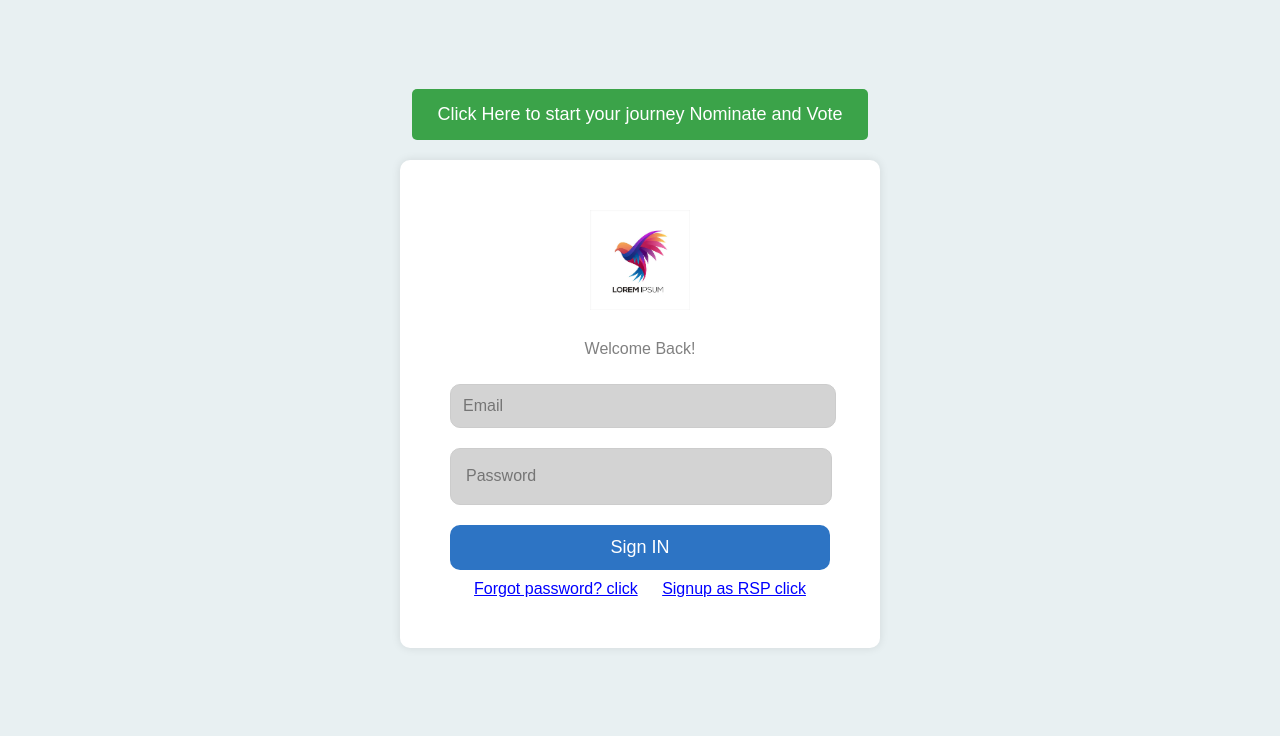
Repository: Femi007-gh/welcome
Page: index.html
The author's editor kept a copy of each file at every save. The page is drawn from the files as they stood at one save, then again after the next save.
The browser window is 1280 px wide. The pictures show the whole page.
Some web libraries are served in a nearby version.

Above is the page before, as saved 2025-03-10 18:18:19.

After the next save:
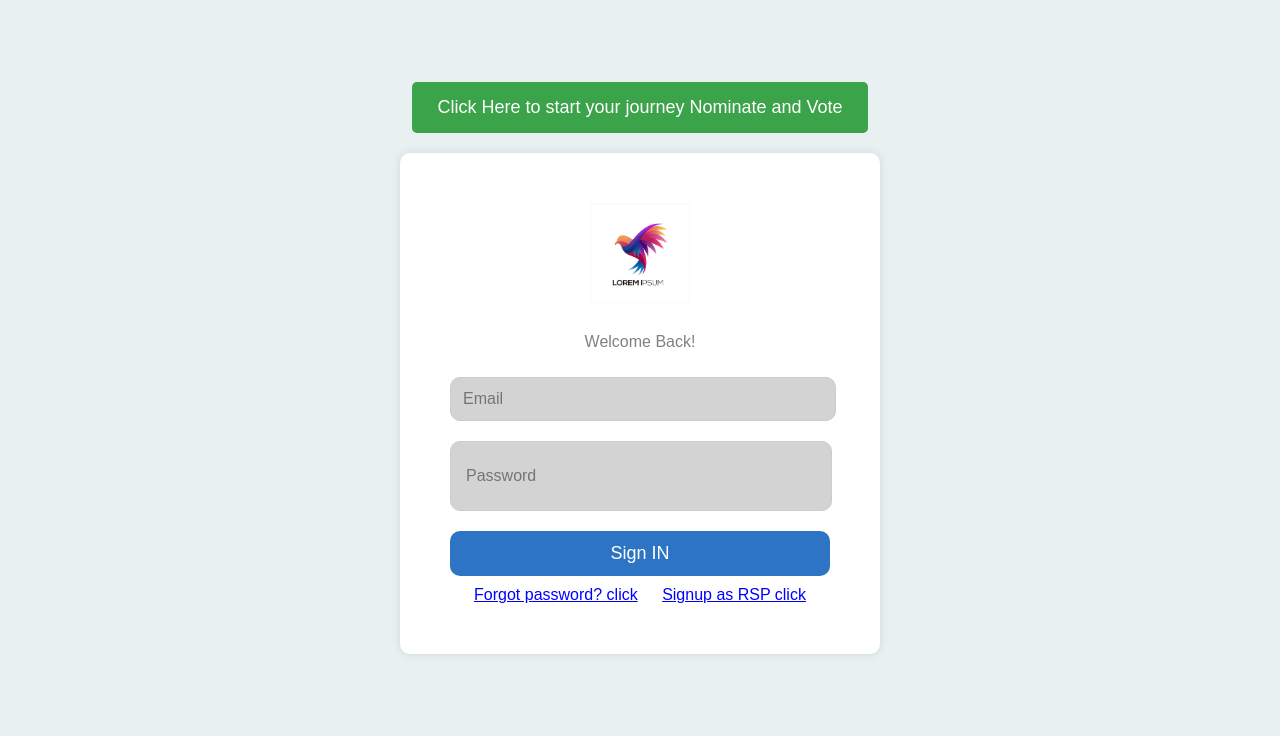
Saved 8 s later.
--- a/index.html
+++ b/index.html
@@ -96,7 +96,7 @@
             text-decoration: underline;
         }
         .fit {
-          height: 5px;
+          height: px;
         }
     </style>
 </head>

After the save that followed:
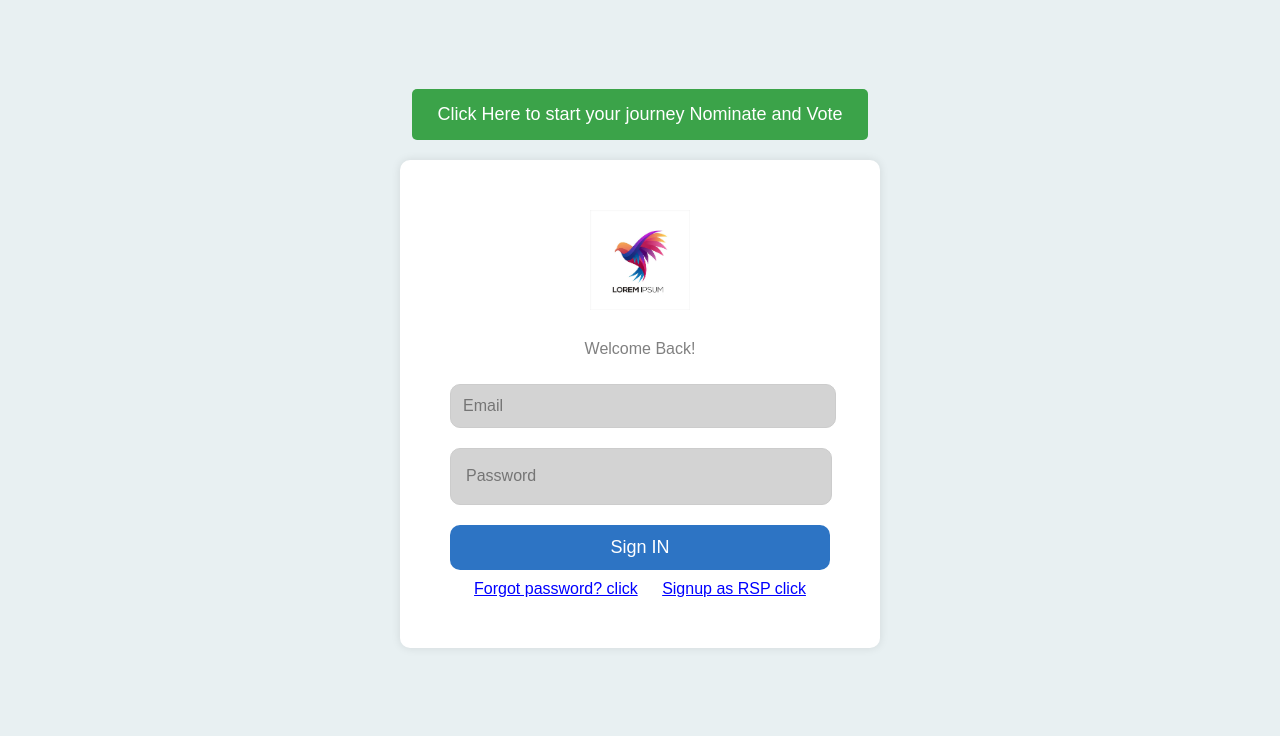
Saved 16 s later.
--- a/index.html
+++ b/index.html
@@ -96,7 +96,7 @@
             text-decoration: underline;
         }
         .fit {
-          height: px;
+          height: 5px;
         }
     </style>
 </head>
